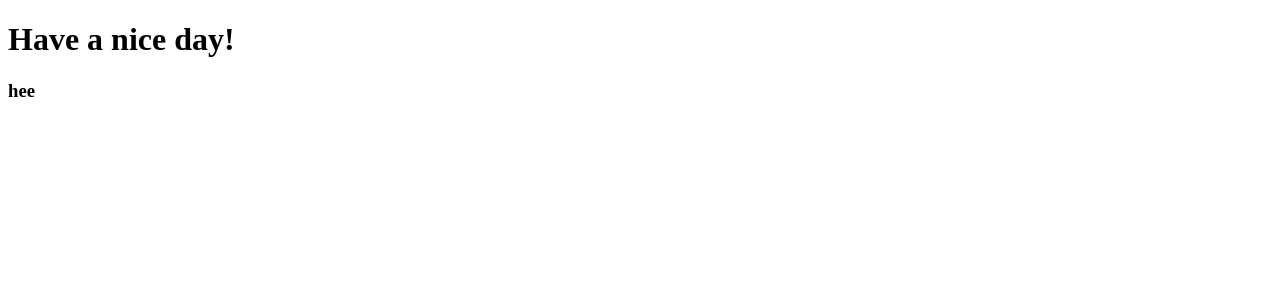
Repository: j-hee-98/Servlet-JSP
Page: http://localhost/step02_JSP/ex01_test.jsp
These files come from the project's save history. The page is drawn as it stood at one moment and after the next save; the edit follows.
The browser window is 1280 px wide. The pictures show the whole page.
The page is served by Tomcat 9. Other server files are loaded and not shown.

Above is the page before, as saved 2025-04-15 01:43:02.

### step02_JSP/src/main/webapp/ex01_test.jsp
<%@ page language="java" contentType="text/html; charset=UTF-8"
    pageEncoding="UTF-8"%>
<!DOCTYPE html>
<html>
<head>
<meta charset="UTF-8">
<title>Insert title here</title>
</head>
<body>
	<h1>Have a nice day!</h1>
	<%
		// java
		String name = "hee";
		out.print("<h3>"+name+"</h3>");
	%>
</body>
</html>

After the next save:
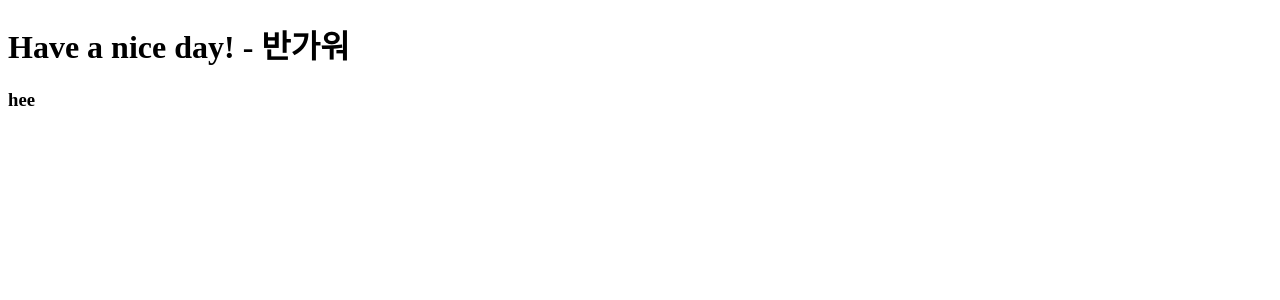
Saved 92 s later.
--- a/step02_JSP/src/main/webapp/ex01_test.jsp
+++ b/step02_JSP/src/main/webapp/ex01_test.jsp
@@ -7,7 +7,7 @@
 <title>Insert title here</title>
 </head>
 <body>
-	<h1>Have a nice day!</h1>
+	<h1>Have a nice day! - 반가워</h1>
 	<%
 		// java
 		String name = "hee";
